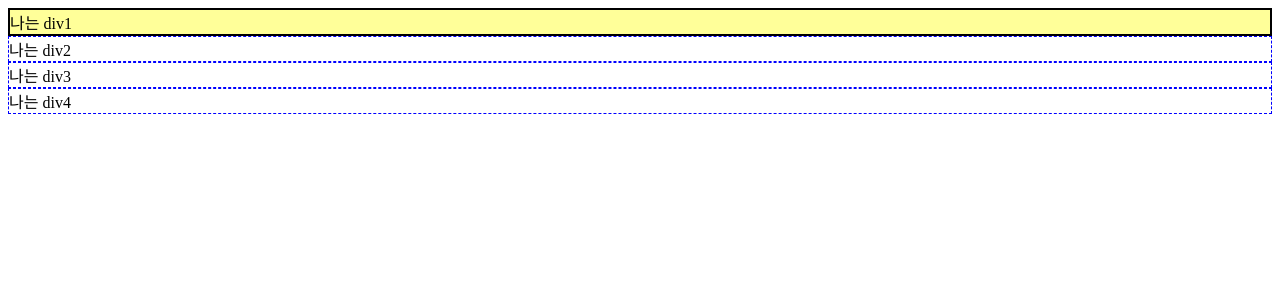
Repository: raccoon304/gugkbi_jsp
Page: HTML5/src/main/webapp/ch01_cssOrder/cssOrder.html
The author's editor kept a copy of each file at every save. The page is drawn from the files as they stood at one save, then again after the next save.
The browser window is 1280 px wide. The pictures show the whole page.

Above is the page before, as saved 2025-11-13 07:28:45.

### HTML5/src/main/webapp/ch01_cssOrder/cssOrder.html
<!DOCTYPE html>
<html>
<head>
<meta charset="UTF-8">
<title>CSS(Cascading Style Sheets)의 우선순위에 대해서 알아본다.</title>

<style type="text/css">
	/* css주석문 */

	div{
		border: dashed 1px blue; /* 테두리 : 점선 두께 1px 파랑색 */
	}
</style>

</head>
<body>
	<!--  HTML 주석문  -->
	<div style ="border: solid 2px black; background-color: #ffff99">나는 div1</div>
	<div>나는 div2</div>
	<div>나는 div3</div>
	<div>나는 div4</div>
</body>
</html>

After the next save:
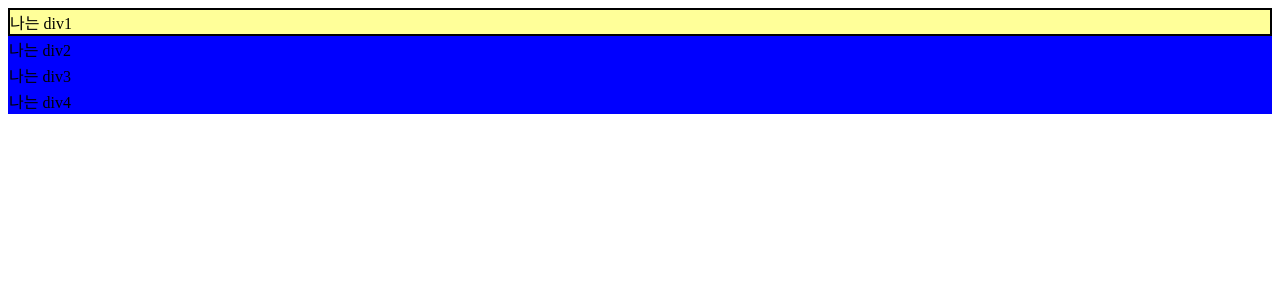
Saved 100 s later.
--- a/HTML5/src/main/webapp/ch01_cssOrder/cssOrder.html
+++ b/HTML5/src/main/webapp/ch01_cssOrder/cssOrder.html
@@ -9,7 +9,9 @@
 
 	div{
 		border: dashed 1px blue; /* 테두리 : 점선 두께 1px 파랑색 */
+		background-color: blue 	/* 배경색 */
 	}
+
 </style>
 
 </head>
